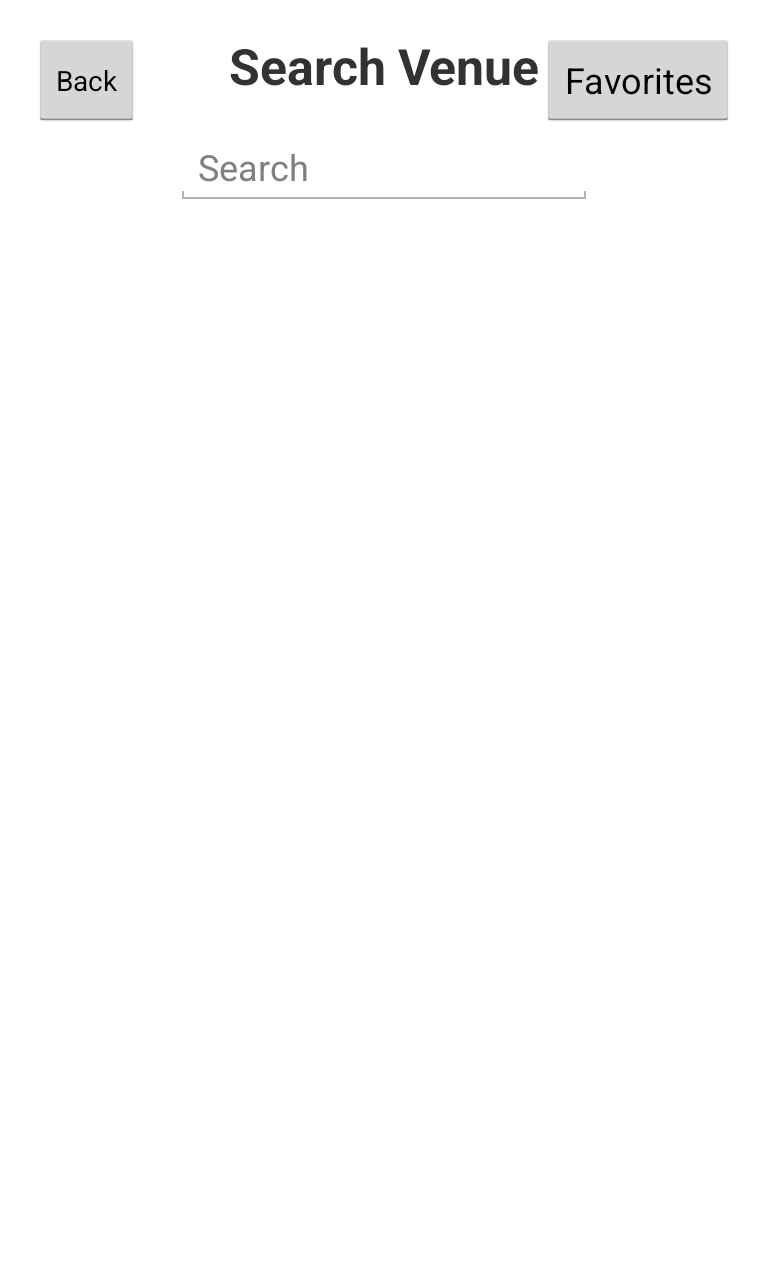
Repository: PotatoBiscuit/Thirstbuster
Layout: MobApp/workspace/DrinkAndGo/res/layout/activity_venue_search.xml
An editor plug-in stored every save of this project. The layout is shown before and after the next save, followed by the edit.
It is drawn on a 768 x 1280 px phone screen (xhdpi) without system bars, with theme AppTheme; the app's code is not run. The app's manifest (not shown) leaves right-to-left support off. So textAlignment, textDirection and layoutDirection are ignored, and left and right values win over start and end ones.

Above is the layout before, as saved 2016-04-18 02:22:12.

### MobApp/workspace/DrinkAndGo/res/layout/activity_venue_search.xml
<LinearLayout xmlns:android="http://schemas.android.com/apk/res/android"
    xmlns:tools="http://schemas.android.com/tools"
    android:layout_width="match_parent"
    android:layout_height="match_parent"
    android:gravity="center_horizontal"
    android:orientation="vertical"
    android:paddingBottom="@dimen/activity_vertical_margin"
    android:paddingLeft="@dimen/activity_horizontal_margin"
    android:paddingRight="@dimen/activity_horizontal_margin"
    android:paddingTop="@dimen/activity_vertical_margin"
    android:focusableInTouchMode="true"
    tools:context="com.CS477.drinkandgo.activities.VenueSearchActivity" >

    <RelativeLayout
        android:layout_width="match_parent"
        android:layout_height="wrap_content" >

        <TextView
            android:id="@+id/title_search_venue"
            android:layout_width="wrap_content"
            android:layout_height="wrap_content"
            android:layout_alignParentTop="true"
            android:layout_centerHorizontal="true"
            android:ems="10"
            android:gravity="center_horizontal"
            android:text="@string/search_venue"
            android:textSize="@dimen/title_size2"
            android:textStyle="bold" />

        <Button
            android:id="@+id/backButton"
            style="?android:attr/buttonStyleSmall"
            android:layout_width="wrap_content"
            android:layout_height="wrap_content"
            android:layout_alignParentStart="true"
            android:layout_alignParentTop="true"
            android:onClick="goBack"
            android:text="@string/back" />

        <Button
            android:id="@+id/favorites_view"
            android:layout_width="wrap_content"
            android:layout_height="wrap_content"
            android:layout_alignParentEnd="true"
            android:layout_alignParentTop="true"
            android:text="@string/favorites" />

    </RelativeLayout>

    <EditText
        android:id="@+id/search_value"
        android:layout_width="wrap_content"
        android:layout_height="wrap_content"
        android:ems="10"
        android:hint="@string/search" />

    <ScrollView
        android:layout_width="fill_parent"
        android:layout_height="wrap_content">
	    <LinearLayout
	        android:id="@+id/venue_list"
	        android:layout_width="match_parent"
	        android:layout_height="wrap_content"
	        android:layout_gravity="center_horizontal"
	        android:gravity="center_horizontal"
	        android:orientation="vertical" >

	    </LinearLayout>
	</ScrollView>

</LinearLayout>

### MobApp/workspace/DrinkAndGo/res/values/dimens.xml
<resources>

    <!-- Default screen margins, per the Android Design guidelines. -->
    <dimen name="activity_horizontal_margin">16dp</dimen>
    <dimen name="activity_vertical_margin">16dp</dimen>
    <dimen name="title_size">72px</dimen>
    <dimen name="button_margin">10dp</dimen>
    <dimen name="title_margin">50dp</dimen>
    <dimen name="title_size2">25dp</dimen>

</resources>

### MobApp/workspace/DrinkAndGo/res/values/strings.xml
<?xml version="1.0" encoding="utf-8"?>
<resources>

    <string name="app_name">DrinkAndGo</string>
    <string name="sign_in">Sign In</string>
    <string name="sign_up">Sign Up</string>
    <string name="title_activity_sign_in">SignInActivity</string>
    <string name="hello_world">Hello world!</string>
    <string name="action_settings">Settings</string>
    <string name="title_activity_sign_up">SignUpActivity</string>
    <string name="username">Username</string>
    <string name="password">Password</string>
    <string name="submit">Submit</string>
    <string name="title_activity_venue_search">VenueSearchActivity</string>
    <string name="name">Name</string>
    <string name="confirm_password">Re-enter Password</string>
    <string name="card_number">Credit Card Number</string>
    <string name="password_error">Passwords do not match!</string>
    <string name="input_error">All fields must be filled!</string>
    <string name="username_error">Username or password is incorrect!</string>
    <string name="username_not_unique">Username is already taken!</string>
    <string name="search_venue">Search Venue</string>
    <string name="search">Search</string>
    <string name="select">Select</string>
    <string name="title_activity_menu">MenuActivity</string>
    <string name="back">Back</string>
    <string name="cart">Cart</string>
    <string name="title_activity_cart">CartActivity</string>
    <string name="order">Order</string>
    <string name="self">Self-Service</string>
    <string name="table">Table-Service</string>
    <string name="enter_table_num">Enter Table Number</string>
    <string name="title_activity_order">OrderActivity</string>
    <string name="order_number">Order Number</string>
    <string name="status">Status</string>
	<string name="home">Return</string>
	<string name="new_order">New</string>
	<string name="favorites">Favorites</string>

</resources>

Loaded but not shown: MobApp/workspace/DrinkAndGo/res/values/styles.xml (common file); MobApp/workspace/DrinkAndGo/res/values-v11/styles.xml (common file); MobApp/workspace/DrinkAndGo/res/values-v14/styles.xml (common file); MobApp/workspace/DrinkAndGo/res/values-w820dp/dimens.xml (common file)

After the next save:
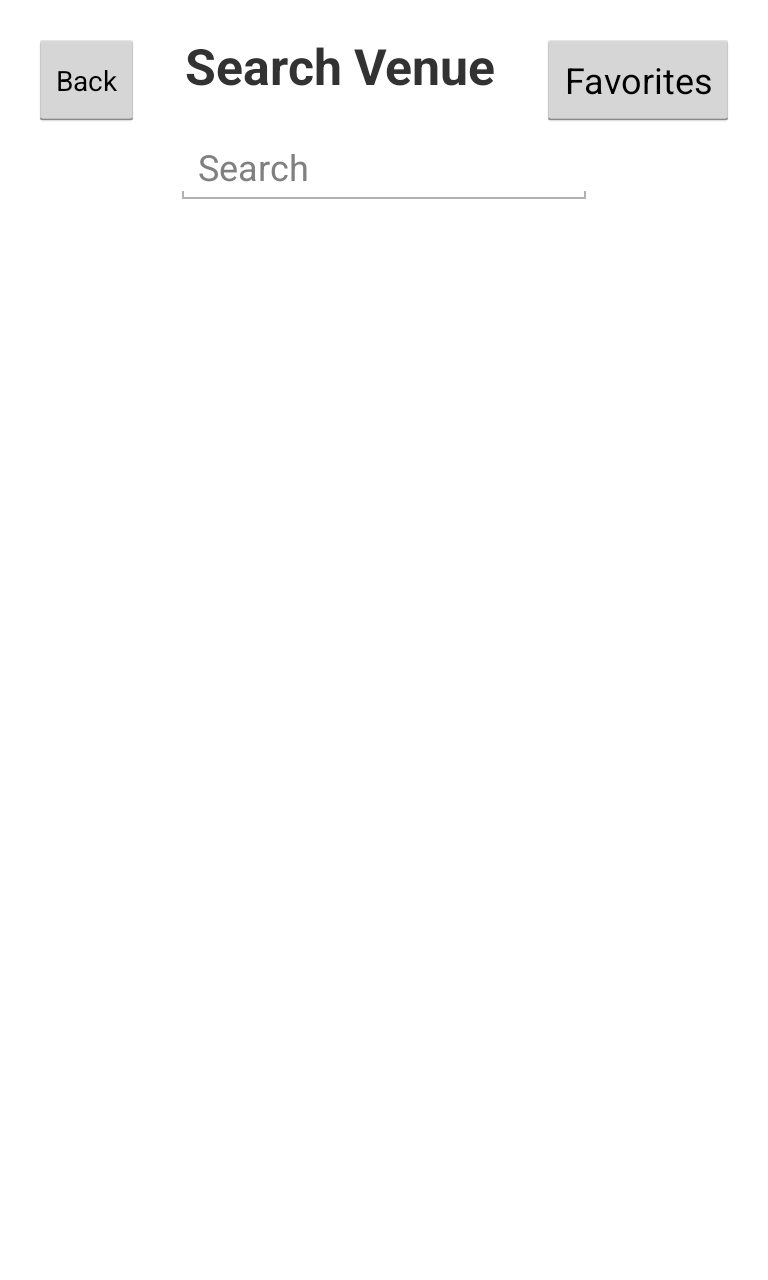
Saved 39 s later.
--- a/MobApp/workspace/DrinkAndGo/res/layout/activity_venue_search.xml
+++ b/MobApp/workspace/DrinkAndGo/res/layout/activity_venue_search.xml
@@ -21,6 +21,8 @@
             android:layout_height="wrap_content"
             android:layout_alignParentTop="true"
             android:layout_centerHorizontal="true"
+            android:layout_toLeftOf="@id/favorites_view"
+            android:layout_toRightOf="@id/backButton"
             android:ems="10"
             android:gravity="center_horizontal"
             android:text="@string/search_venue"
